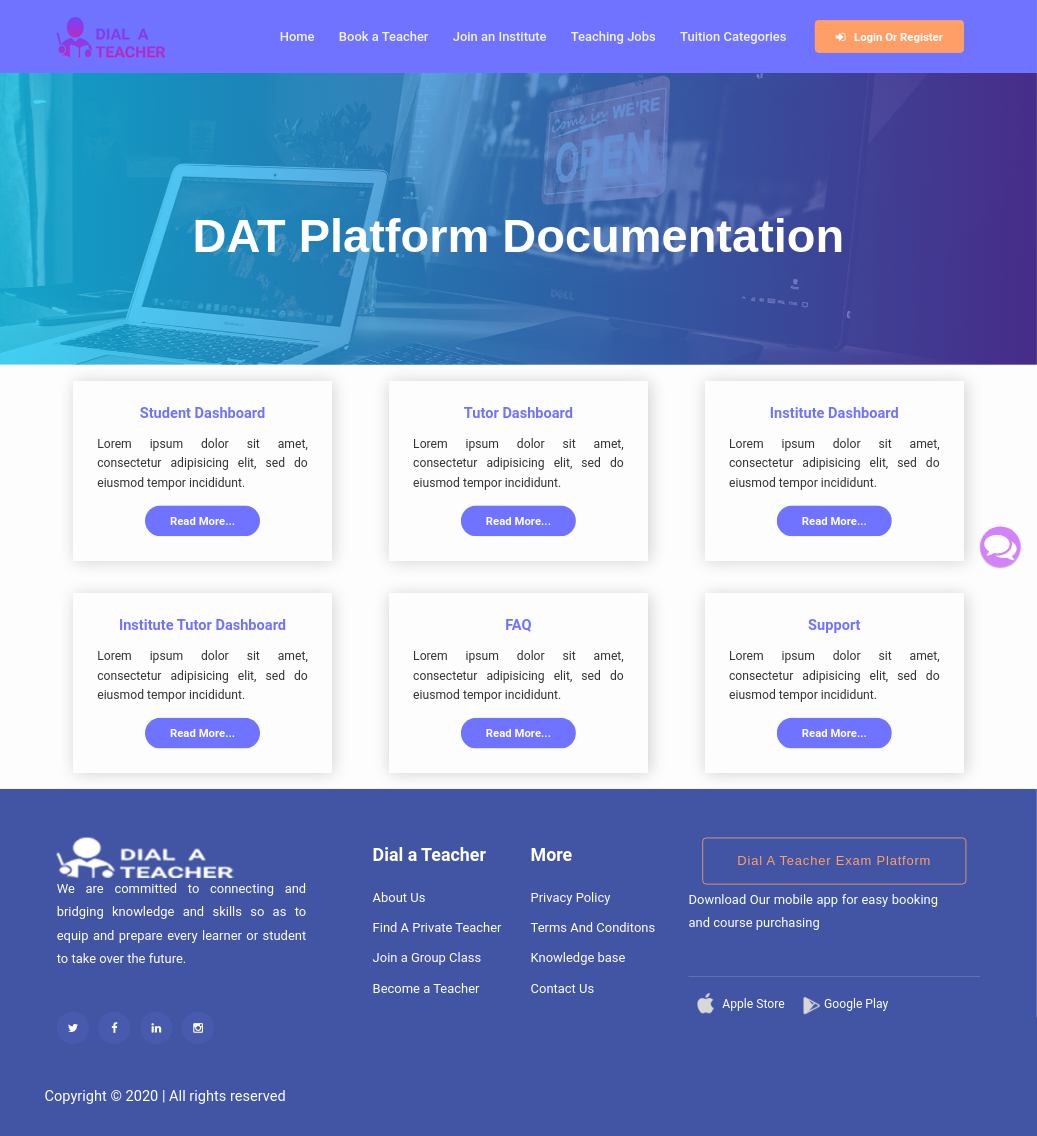
Repository: Samkiroko/DAT_knowledge
Page: faqs.html
An editor plug-in stored every save of this project. The page is shown before and after the next save, followed by the edit.
The browser window is 1280 px wide. The pictures show the whole page, at 81% of full size.

Above is the page before, as saved 2020-12-14 17:18:09.
Console error: TypeError: e.indexOf is not a function

After the next save:
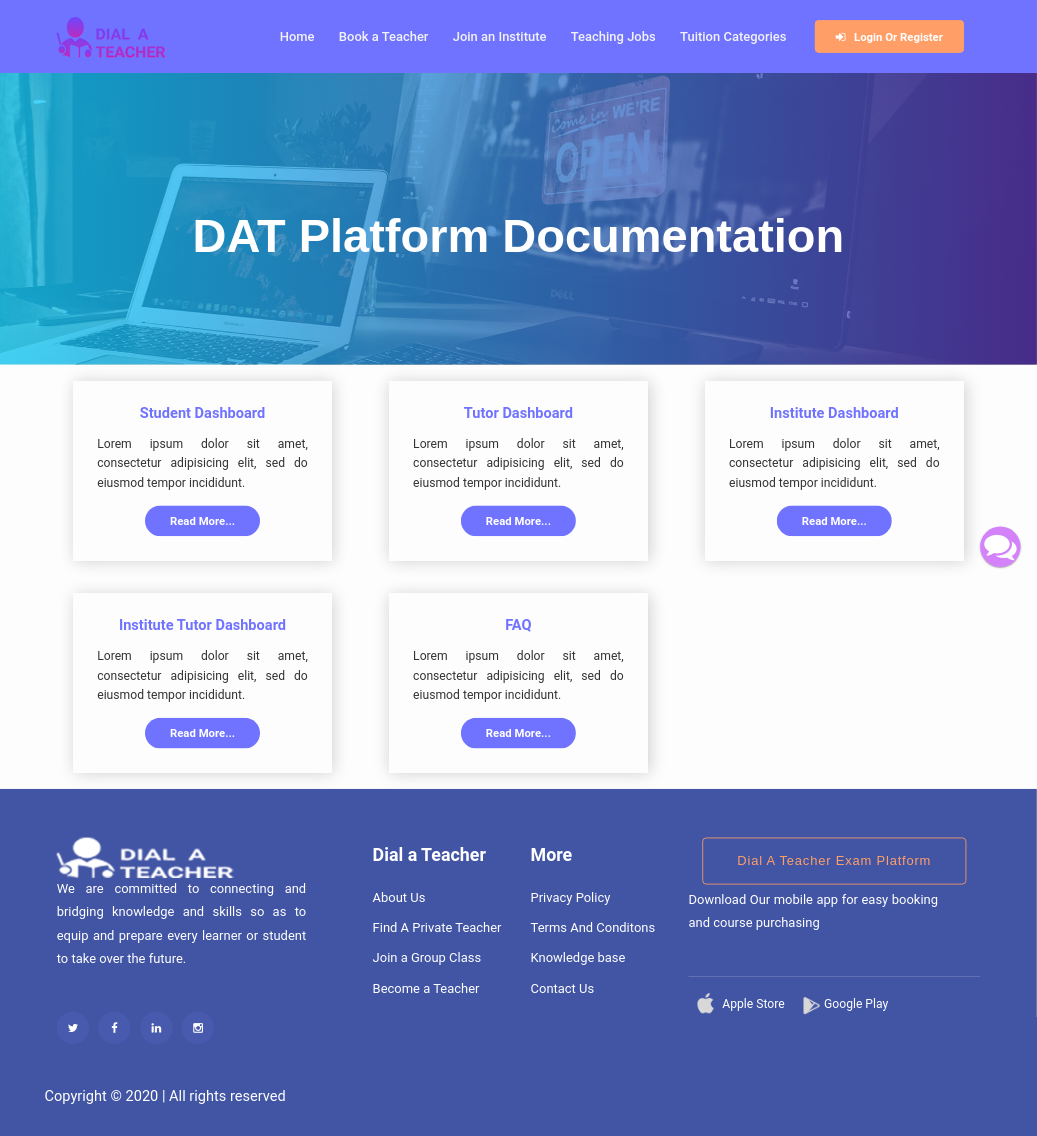
Saved 10 s later.
--- a/faqs.html
+++ b/faqs.html
@@ -154,16 +154,6 @@
                                 more...</button>
                         </a>
                     </div>
-                    <div class="col-lg-4 col-md-4 col-sm-6 col-xs-12">
-                        <a href="category.html" class="mwb-documentation-section__lists overflow" data-aos="flip-up">
-                            <h3>Support</h3>
-                            <p>Lorem ipsum dolor sit amet, consectetur adipisicing elit, sed do eiusmod tempor
-                                incididunt.</p>
-                            <button type="button" class="mwb-primary-btn mwb-documentation-section__btn">Read
-                                more...</button>
-                        </a>
-                    </div>
-
                 </div>
             </div>
 
